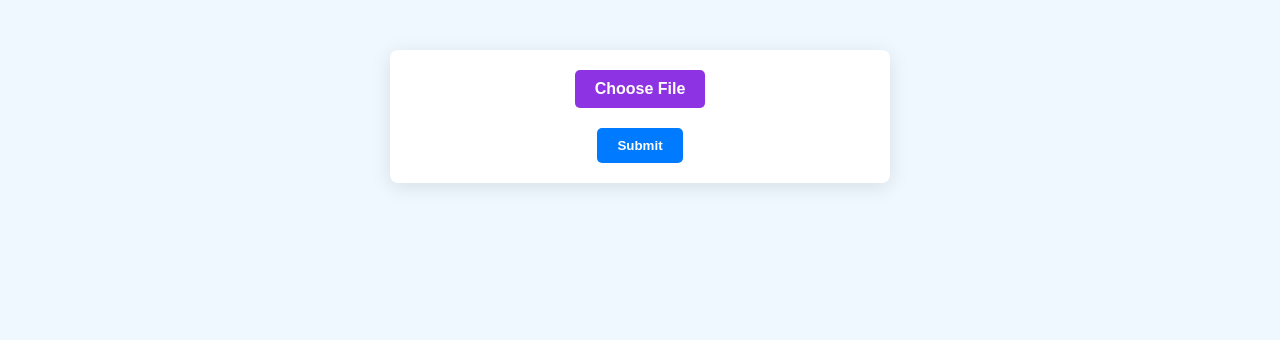
Repository: Muskan1Kumari4draw/React-app-with-concept
Page: /
These files come from the project's save history. The page is drawn as it stood at one moment and after the next save; the edit follows.
The browser window is 1280 px wide. The pictures show the whole page.
The project was rebuilt for these pictures with package versions that can differ from the ones it lists, and the page was loaded fresh each time.

Above is the page before, as saved 2024-10-22 11:42:35.

### src/App.js
import React from "react";
// import Restaurant from "./component/Basic/Restaurant";

// import UseState from "./component/Hooke/useState";
// import UseEffect from "./component/Hooke/UseEffect";
import FileUpload from "./component/File-upload/FileUpload";
// import Restaurant from "./component/Basic/Restaurant";
// import Navbar from "./component/Basic/Navbar";
const App = () => {
  return (
    <>
      <FileUpload />
      {/* <Restaurant /> */}
      {/* <UseState className="Use" /> */}
      {/* <UseEffect className="Use" /> */}
    </>
  );
};

export default App;

### src/component/File-upload/FileUpload.js
import React from "react";
import "./style.css";

const FileUpload = () => {
  return (
    <>
      <div className="container">
        <form className="form-control">
          <label className="label" htmlFor="file">
            Choose File
          </label>
          <input
            className="form-control input"
            type="file"
            id="file"
            name="file"
          />
          <button type="submit">Submit</button>
        </form>
      </div>
    </>
  );
};

export default FileUpload;

### src/component/File-upload/style.css
* {
  margin: 0;
  padding: 0;
  box-sizing: border-box;
}

body {
  font-family: Arial, sans-serif;
  background-color: #f0f8ff;
}

.container {
  width: 100%;
  max-width: 500px;
  margin: 50px auto;
  padding: 20px;
  border-radius: 8px;
  box-shadow: 0 4px 20px rgba(0, 0, 0, 0.1);
  background-color: #ffffff;
}

.form-control {
  display: flex;
  flex-direction: column;
  align-items: center;
}

input[type="file"] {
  display: none;
}

.label {
  display: inline-block;
  padding: 10px 20px;
  background-color: rgb(142, 51, 227);
  color: white;
  border-radius: 5px;
  cursor: pointer;
  font-weight: bold;
  transition: background-color 0.3s ease;
}

.label:hover {
  background-color: rgb(72, 2, 102);
}

button {
  margin-top: 20px;
  padding: 10px 20px;
  border: none;
  border-radius: 5px;
  background-color: #007bff;
  color: white;
  font-weight: bold;
  cursor: pointer;
  transition: background-color 0.3s ease;
}

button:hover {
  background-color: #0056b3;
}

Loaded but not shown: public/index.html (common file); src/index.js (common file); src/reportWebVitals.js (common file)

After the next save:
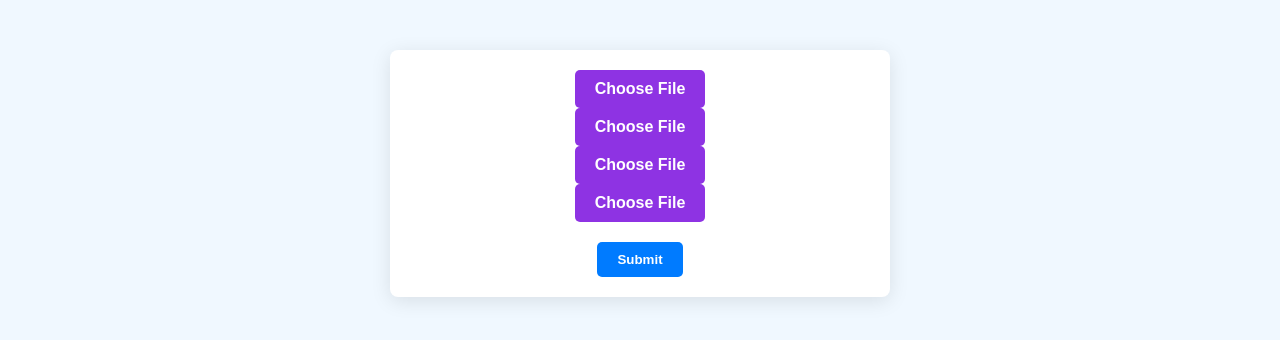
Saved 54 s later.
--- a/src/component/File-upload/FileUpload.js
+++ b/src/component/File-upload/FileUpload.js
@@ -15,6 +15,33 @@ const FileUpload = () => {
             id="file"
             name="file"
           />
+          <label className="label" htmlFor="file">
+            Choose File
+          </label>
+          <input
+            className="form-control input"
+            type="file"
+            id="file"
+            name="file"
+          />
+          <label className="label" htmlFor="file">
+            Choose File
+          </label>
+          <input
+            className="form-control input"
+            type="file"
+            id="file"
+            name="file"
+          />
+          <label className="label" htmlFor="file">
+            Choose File
+          </label>
+          <input
+            className="form-control input"
+            type="file"
+            id="file"
+            name="file"
+          />
           <button type="submit">Submit</button>
         </form>
       </div>
